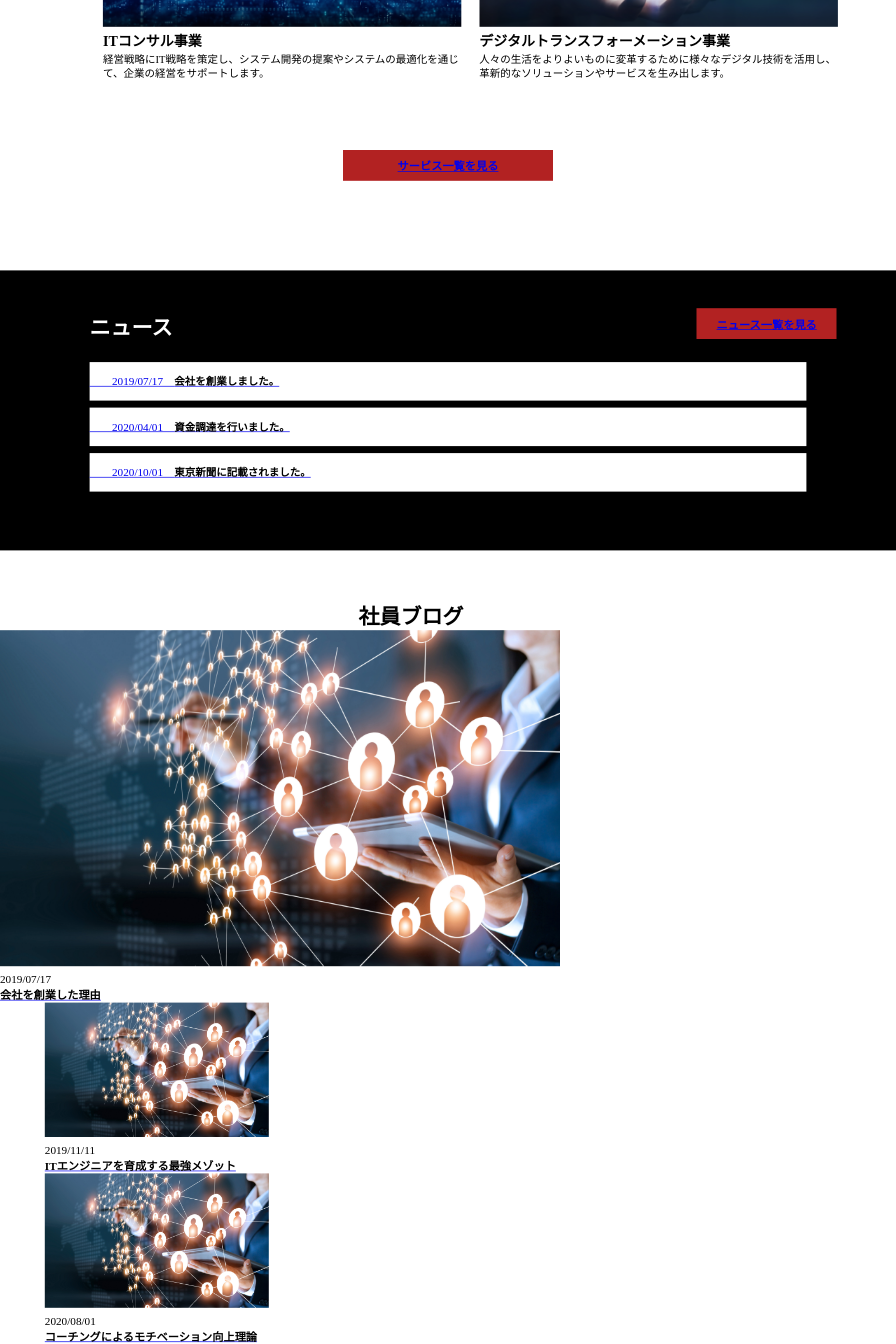
Repository: sigemasaasuka/20211012sigemasa
Page: index.html
An editor plug-in stored every save of this project. The page is shown before and after a run of saves, followed by the edit.
The browser window is 1280 px wide. The pictures show the part of the page from y = 1626 to 3546 px (the page is 3546 px tall before and 3258 px after), at 70% of full size.

Above is the page before, as saved 2021-10-19 17:56:05.

### index.html
<!DOCTYPE html>
<html lang="ja">

<head>
  <meta charset="UTF-8">
  <meta name="viewport" content="width=device-width, initial-scale=1.0">
  <title>Document</title>

    <link rel="stylesheet" href="css/reset.css">
    <link rel="stylesheet" href="css/index.css">
</head>
<body>
  <header class="header">
    <div class="header-logo">
      <img class="logo" src="img/logo.png" alt="logo">
    </div>
    <nav class="header-nav">
      <ul class="header-nav-list">
        <li class="header-nav-item"><a href="index.html">ホーム</a></li>
        <li class="header-nav-item"><a href="service.html">事業内容</a></li>
        <li class="header-nav-item"><a href="news.html">ニュース</a></li>
        <li class="header-nav-item"><a href="blog.html">社員ブログ</a></li>
        <li class="header-nav-item"><a href="company.html">会社概要</a></li>
        <li class="header-nav-item"><a href="recruit.html">採用情報</a></li>
        <li class="header-nav-item"><a href="contact.html">お問い合わせ</a></li>
      </ul>
    </nav>
  </header>
  <div class="home">
  <div class="home-photo">
    <div class="home-title">
    <p>最新のテクノロジーで社会課題を解決</p>
      <div class="home-title2">
      <p>Solving　issues　with　the　latest　technology</p>
     </div>
    </div>
    </div>
    </div>
    <div class="home-color">
      <div class="hope">
        <p><br><br>株式会社TECHの想い</p>
        <div class="hope2">
          <p>あらゆる産業において、新たなデジタル技術を使ってこれまでにないビジネスモデルを展開する新規参加者が登場し、ゲームチェンジが起ころうとしています。こうした<br>中で、各企業は、競争力維持・強化のために、DXを迅速に進めていくことが求められています。しかし、DXにおいて投資コストは非常にかかります。株式会社TECHでは<br>独自のオペレーションと人材教育により、他社よりも価格を抑えた開発を行います。</p>
        </div>
      </div>
    </div>
    <div class="service">
      <p>サービス</p>
      </div>
      <div class="png1">
      <div class="service1">
        <img  src="img/service1.png"  alt="service1">
        <div class="it">
        <p>IT人材育成事業</p>
        <div class="it2">
        <p>これまでに培った教育手法を生かして、短期間で即戦力のIT人材を育成します。</p>
        </div>
      </div>
      </div>
      <div class="service2">
      <img  src="img/service2.png" alt="service2">
      <div class="coach">
        <p>コーチング事業</p>
        <div class="coach2">
          <p>目標達成を最短で実現するために、プロのコーチによるマンツーマンのサポートを実施します</p>
        </div>
      </div>
      </div>
      </div>
      <div class="png2">
      <div class="service3">
        <img src="img/service3.png" alt="service3">
        <div class="Consultant">
          <p>ITコンサル事業</p>
          <div class="Consultant2">
            <p>経営戦略にIT戦略を策定し、システム開発の提案やシステムの最適化を通じて、企業の経営をサポートします。</p>
          </div>
        </div>
      </div>
      <div class="service4">
        <img src="img/service4.png" alt="service4">
        <div class="formation">
          <p>デジタルトランスフォーメーション事業</p>
          <div class="formation2">
            <p>人々の生活をよりよいものに変革するために様々なデジタル技術を活用し、革新的なソリューションやサービスを生み出します。</p>
          </div>
        </div>
      </div>
      </div>
      <div class="list">
        <a href="service.html">サービス一覧を見る</a>
      </div>
      <div class="news">
        <div class="nesw-list">
          <div class="news-font">
          <p>ニュース</p></div>
          <div class="news-button">
            <a href="news.html">ニュース一覧を見る</a>
          </div>
        </div>
        <div class="news-info1">
          <a href="index.html">　　2019/07/17　<span class="co">会社を創業しました。</span></a></div>
          <div class="news-info2">
          <a href="index.html">　　2020/04/01　<span class="fund">資金調達を行いました。</span></a></div>
          <div class="news-info3">
          <a href="index.html">　　2020/10/01　<span class="newspaper">東京新聞に記載されました。</span></a></div>
      </div>
      <div class="blog">
        <p>社員ブログ</p>
        </div>
        <div class="reason">
        <div class="reason-png">
          <a href="index.html">
            <img src="img/blog.png" alt="blog">
          </a>
          <p class="reason1">2019/07/17</p>
          <a href="index.html"><p class="reason2">会社を創業した理由</p></a>
        </div>
        </div>
        <div class="nurturing">
        <div class="nurturing-png">
          <a href="index.html">
            <img src="img/blog.png" alt="blog">
          </a>
          <p class="nurturing1">2019/11/11</p>
          <a href="index.html">
            <p class="nurturing2">ITエンジニアを育成する最強メゾット</p>
          </a>
        </div>
      </div>
      <div class="coaching">
        <div class="coaching-png">
        <a href="index.html">
          <img src="img/blog.png" alt="blog">
        </a>
        <p class="coaching1">2020/08/01</p>
        <a href="index.html">
          <p class="coaching2">コーチングによるモチベーション向上理論</p>
        </a>
        </div>
        </div>


<script src="js/main.js"></script>
</body>
</html>

### css/reset.css
@charset "UTF-8";
html, body, div, span, applet, object, iframe,
h1, h2, h3, h4, h5, h6, p, blockquote, pre,
a, abbr, acronym, address, big, cite, code,
del, dfn, em, img, ins, kbd, q, s, samp,
small, strike, strong, sub, sup, tt, var,
b, u, i, center,
dl, dt, dd, ol, ul, li,
fieldset, form, label, legend,
table, caption, tbody, tfoot, thead, tr, th, td,
article, aside, canvas, details, embed,
figure, figcaption, footer, header, hgroup,
menu, nav, output, ruby, section, summary,
time, mark, audio, video {
margin: 0;
padding: 0;
border: none;
font-style: normal;
text-align: left;
zoom: 1;
}
article, aside, details, figcaption, figure,
footer, header, hgroup, menu, nav, section {
display: block;
}
table {
border-collapse: collapse;
font-family: inherit;
}
h1,h2,h3,h4,h5 {
font-size: 100%;
font-weight: normal;
line-height: 1;
}
input,textarea,select {
font-family: inherit;
font-size: 16px;
}
input[type="button"],input[type="text"],input[type="submit"] {
 -webkit-appearance: none;
 border-radius: 0;
}
textarea {
resize: none;
-webkit-appearance: none;
border-radius: 0;
}
th,td {
border-collapse: collapse;
}
table th,table td {
white-space: nowrap;
}
ul,ol {
list-style-type: none;
}
img {
vertical-align: text-bottom;
vertical-align: -webkit-baseline-middle;
max-width: 100%;
height: auto;
width /***/:auto;
}

### css/index.css
.logo {
  text-decoration: none;
  color: inherit;
  width: 50%;
}
.header {
  width: 100%;
  display: flex;
  justify-content: space-between;
  align-items: center;
  height: 70px;
  padding: 0 30px;
  position: fixed;
  box-sizing: border-box;
  background-color: #fff;
  color: #000;
}

.a {
  text-decoration: none;
}

.header-ttl {
  font-size: 24px;
  width: 80px;
}

.header-nav-list {
  display: flex;
  font-weight: bold;
}

.header-nav-item:not(:last-child) {
  margin-right: 30px;
}

.home-photo {
  position: relative;
  padding-top: calc(250 / 683 * 100%); /* calc(画像高さ ÷ 画像横幅 × 100%) */
  background: url(../img/mv.png) center center / cover no-repeat;
}

.home-title {
  display: flex;
  flex-direction: column;
  position: absolute;
  font-size: 50px;
  margin-left: 20%;
  top: 40%;
  font-weight: bolder;
  color: #fff;
}

.home-title2 {
  display: flex;
  position: absolute;
  font-size: 20px;
  margin-top: 45px;
  margin-left: 23%;
  top: 40%;
  font-weight: bold;
  color: #fff;
}

.home-color {
  background-color: #000;
  height: 300px;
}

.hope {
  top: 30%;
  display: flex;
  flex-direction: column;
  font-weight: bolder;
  font-size: 30px;
  margin-left: 10%;
  color: #fff;
}

.hope2 {
  display: flex;
  font-size: 15px;
  margin-top: 20px;
  font-weight: normal;
  color: #fff;
}

.service {
  margin-top: 5%;
  margin-left: 45%;
  font-size: 35px;
  font-weight: bolder;
}

.png1 {
  display: flex;
  justify-content: center;
}

.service1 {
  margin-top: 5%;
  margin-left: 5%;
  width: 40%;
}

.it {
  margin-top: 1%;
  font-size: 20px;
  font-weight: bolder;
}

.it2 {
  font-size: 15px;
  font-weight: normal;
}

.service2 {
  margin-top: 3%;
  margin-left: 2%;
  width: 40%;
}

.coach {
  margin-top: 1%;
  font-size: 20px;
  font-weight: bolder;
}

.coach2 {
  font-size: 15px;
  font-weight: normal;
}

.png2 {
  display: flex;
  justify-content: center;
}

.service3 {
  margin-top: 2%;
  margin-left: 5%;
  width: 40%;
}

.Consultant {
  margin-top: 1%;
  font-size: 20px;
  font-weight: bolder;
}

.Consultant2 {
  font-size: 15px;
  font-weight: normal;
}

.service4 {
  margin-top: 2%;
  margin-left: 2%;
  width: 40%;
}

.formation {
  margin-top: 1%;
  font-size: 20px;
  font-weight: bolder;
}

.formation2 {
  font-size: 15px;
  font-weight: normal;
}

.list {
  width: 300px;
  padding: 10px 0;
  color: #fff;
  font-weight: bold;
  background: #b22222;
  text-align: center;
  margin: 100px auto 0;
  display: block;
}

.news {
  margin-top: 10%;
  background-color: #000;
  height: 400px;
}

.nesw-list {
  margin-left: 10%;
  display: flex;
  justify-content: flex-start;
  align-items: center;
}

.news-font {
  font-weight: bold;
  font-size: 30px;
  color: #fff;
  margin-top: 5%;
}

.news-button {
  color: #fff;
  margin-top: 50px;
  margin-left: 65%;
  width: 200px;
  padding: 10px 0;
  font-weight: bold;
  background: #b22222;
  text-align: center;
  display: block;
}

.news-info1 {
  margin-top: 30px;
  margin-left: 10%;
  width: 80%;
  height: 35px;
  padding: 10px 0;
  background: #fff;
  line-height: 35px;
  display: block;
  color: #000;
}
.co {
  font-size: 15px;
  font-weight: bold;
  color: #000;
}

.news-info2 {
  margin-top: 10px;
  margin-left: 10%;
  width: 80%;
  height: 35px;
  padding: 10px 0;
  background: #fff;
  line-height: 35px;
  display: block;
  color: #000;
}
.fund {
  font-size: 15px;
  font-weight: bold;
  color: #000;
}

.news-info3 {
  margin-top: 10px;
  margin-left: 10%;
  width: 80%;
  height: 35px;
  padding: 10px 0;
  background: #fff;
  line-height: 35px;
  display: block;
  color: #000;
}
.newspaper {
  font-size: 15px;
  font-weight: bold;
  color: #000;
}

.blog {
  margin-top: 70px;
  margin-left: 40%;
  font-size: 30px;
  font-weight: bolder;
}

.eason
.reason-png {
  width: 25%;
  margin-left: 5%;
}

.reason1{
  margin-top: 10px;
  color: #000;
}

.reason2 {
  font-weight: bolder;
  color: #000;
}

.nurturing-png {
  width: 25%;
  margin-left: 5%;
}

.nurturing1 {
  margin-top: 10px;
  color: #000;
}

.nurturing2 {
  font-weight: bolder;
  color: #000;
}

.coaching-png {
  width: 25%;
  margin-left: 5%;
}

.coaching1 {
  margin-top: 10px;
  color: #000;
}

.coaching2 {
  font-weight: bolder;
  color: #000;
}

Loaded but not shown: js/main.js (no stored copy; drawn as an empty file)

After the next 7 saves:
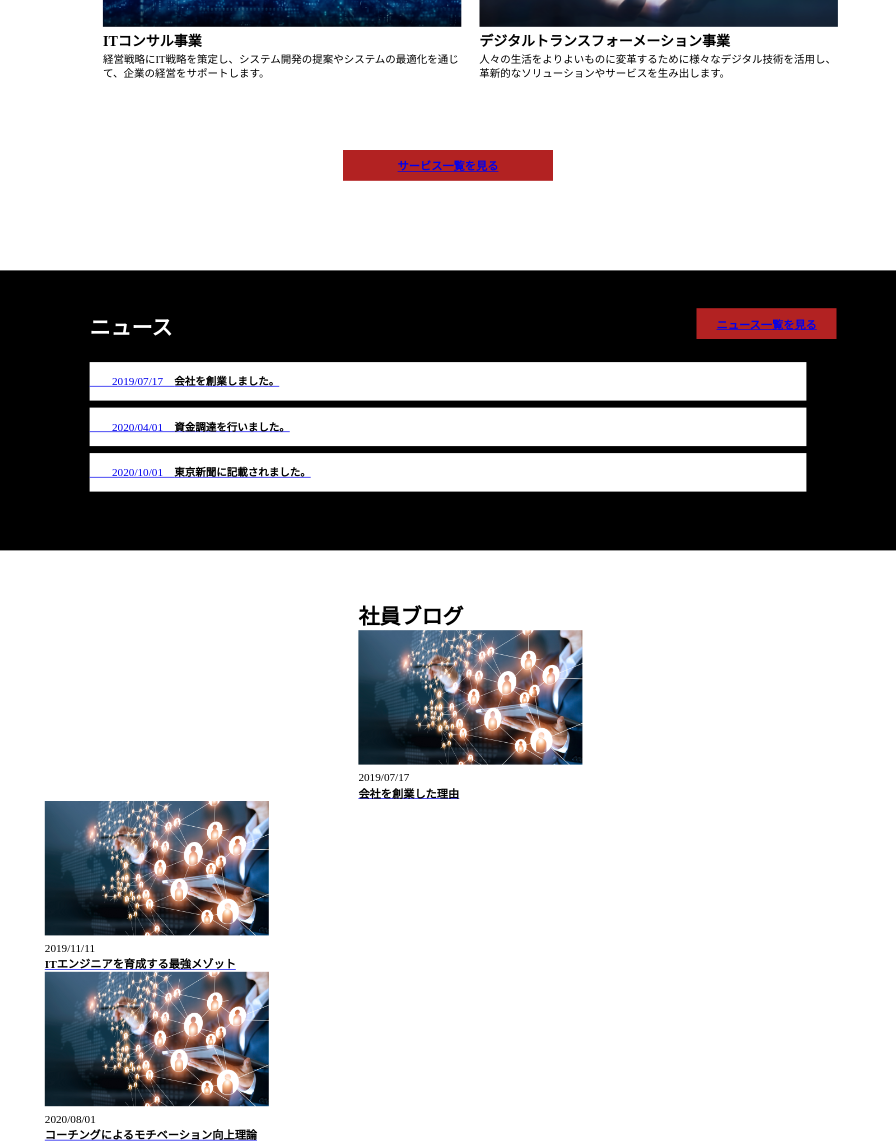
The 7 saves are shown as one change because they came seconds apart.
The last was saved 16 s later.
--- a/css/index.css
+++ b/css/index.css
@@ -271,7 +271,10 @@
   font-weight: bolder;
 }
 
-.eason
+.reason{
+  display: flex;
+  justify-content: center;
+}
 .reason-png {
   width: 25%;
   margin-left: 5%;
